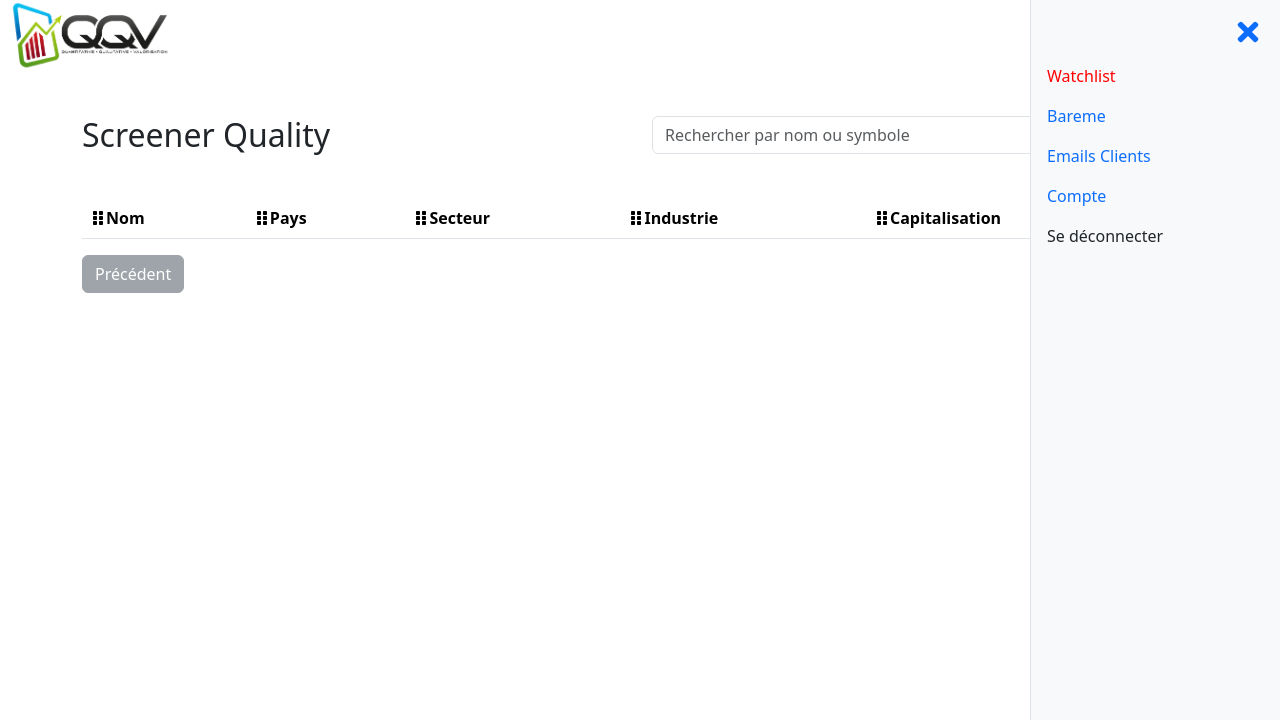
Repository: adamaadev/comeup
Page: /watchlist (app in admin/), after clicking the first element matching `button.btn`
These files come from the project's save history. The page is drawn as it stood at one moment and after the next save; the edit follows.
The browser window is 1280 px wide. The pictures show the whole page.
The page's requests for data from a server got no answer. The project was rebuilt for these pictures with package versions that can differ from the ones it lists, and the page was loaded fresh each time. No one was signed in, and anything a server would have sent is missing. Also part of the build but not shown: admin/src/pages/Auth/Login.js, admin/src/pages/Home/Prix.js, admin/src/pages/Home/Douve.js, admin/src/pages/Home/Scenario.js, admin/src/pages/Services/Questions.js, admin/src/pages/Home/Analyse.js, admin/src/pages/Home/Foire.js, admin/src/pages/Home/Quali.js and 9 more.

Above is the page before, as saved 2024-09-09 17:00:39.

### admin/public/index.html
<!DOCTYPE html>
<html lang="en">
  <head>
    <meta charset="utf-8" />
    <link rel="icon" href="%PUBLIC_URL%/favicon.ico" />
    <meta name="viewport" content="width=device-width, initial-scale=1" />
    <meta name="theme-color" content="#000000" />
    <meta
      name="description"
      content="Web site created using create-react-app"
    />
    <link rel="apple-touch-icon" href="%PUBLIC_URL%/logo192.png" />
    <link href='https://cdn.jsdelivr.net/npm/boxicons@2.0.9/css/boxicons.min.css' rel='stylesheet'>

    <!--
      manifest.json provides metadata used when your web app is installed on a
      user's mobile device or desktop. See https://developers.google.com/web/fundamentals/web-app-manifest/
    -->
    <link rel="manifest" href="%PUBLIC_URL%/manifest.json" />
    <!--
      Notice the use of %PUBLIC_URL% in the tags above.
      It will be replaced with the URL of the `public` folder during the build.
      Only files inside the `public` folder can be referenced from the HTML.

      Unlike "/favicon.ico" or "favicon.ico", "%PUBLIC_URL%/favicon.ico" will
      work correctly both with client-side routing and a non-root public URL.
      Learn how to configure a non-root public URL by running `npm run build`.
    -->
    <title>React App</title>
  </head>
  <body>
    <noscript>You need to enable JavaScript to run this app.</noscript>
    <div id="root"></div>
    <!--
      This HTML file is a template.
      If you open it directly in the browser, you will see an empty page.

      You can add webfonts, meta tags, or analytics to this file.
      The build step will place the bundled scripts into the <body> tag.

      To begin the development, run `npm start` or `yarn start`.
      To create a production bundle, use `npm run build` or `yarn build`.
    -->
  </body>
</html>

### admin/src/index.js
import React from 'react';
import App from './App';
import './pages/style/index.css';
import ReactDOM from 'react-dom/client';
import 'bootstrap/dist/css/bootstrap.min.css';

const root = ReactDOM.createRoot(document.getElementById('root'));
root.render(
    <App />
);

### admin/src/App.js
import React, { useEffect, useState } from 'react'
import axios from 'axios';
import Home from './pages/Home/Home';
import Login from './pages/Auth/Login';
import WatchList from './pages/Home/Watchlist';
import Details from './pages/Home/Details';
import Setting from './pages/Home/Setting';
import Forget from './pages/Auth/Forget';
import Screener from './pages/Home/Screener';
import ResetPassword from './pages/Auth/ResetPassword';
import Signup from './pages/Auth/Signup';
import Gestion from './pages/Home/Gestion';
import { BrowserRouter , Routes , Route , Navigate} from 'react-router-dom';
import Bareme from './pages/Home/Bareme';

export default function App() {
  const [auth, setauth] = useState(false);
  const type = "admin";

  axios.defaults.withCredentials = true;
  useEffect(() => {
    axios.post('http://localhost:4000/',{ type }).then(res => {
      if (res.data.success) {
        setauth(true);
      }
    });
  }, []);

  return (
    <BrowserRouter>
      <Routes>
        <Route path='/' element = { <Home/> }>
          <Route path='/' element = {<Screener/> }/>
          <Route path='/watchlist' element = {<WatchList/>}/>
          <Route path='/gestion' element = {<Gestion/>}/>
          <Route path='/details/:symbol' element = {<Details/>}/>
          <Route path='/compte' element = {<Setting/>}/>
          <Route path='/bareme' element={<Bareme/>}/>
        </Route>
        <Route path='/forget' element = {auth ? <Navigate to="/" /> : <Forget/>}/>
        <Route path='/reset-password/:token' element = {auth ? <Navigate to="/" /> : <ResetPassword/>}/>
        <Route path='/login' element = {auth ? <Navigate to="/" /> :<Login />}/>
        <Route path='*' element = { auth ? <Navigate to="/" /> : <Login />}/>
        <Route path='/signup' element = { auth ? <Navigate to="/" /> : <Signup />}/>
      </Routes>
    </BrowserRouter>
  )
}

### admin/src/pages/style/index.css
.active{
    color: red;
}

  .table th {
    height: 60px; /* Hauteur fixe pour les th */
  }

  @media (max-width: 768px) {
    .table-responsive {
      overflow-x: auto;
    }

    .table th, .table td {
      font-size: 14px;
      height: auto;
    }

    .company-logo {
      width: 40px;
      height: 40px;
    }
  }
  .text-center {
    text-align: center;
  }

  .symbol{
    font-weight: bold;
  }

.kilo{
    display: inline-block;
  }

  .sidebar {
    transform: translateX(100%);
    transition: transform 0.3s ease-in-out;
  }

  .sidebar.open {
    transform: translateX(0);
  }

  .header-shadow {
    box-shadow: 0 2px 4px rgba(0,0,0,.1);
  }

  header{
    width: 100% !important;
  }

  .company-logo {
    width: 50px;
    height: 50px;
  }

  .nav-link {
    color: #6c757d; /* Couleur des onglets inactifs */
    font-weight: bold;
  }

  .nav-link.active {
    color: #007bff; /* Couleur de l'onglet actif */
    border-bottom: 3px solid #007bff; /* Soulignement bleu pour l'onglet actif */
  }

  .nav-link:hover {
    color: #0056b3; /* Changement de couleur au survol */
  }

  button.btn {
    display: flex;
    align-items: center;
    gap: 5px;
  }
  .container {
    .company-name {
      font-size: 1.5rem;
      font-weight: bold;
    }
    .stock-price {
      font-size: 1.2rem;
      color: #666;
    }
    .nav-tabs {
      border-bottom: 2px solid #dee2e6;
      .nav-link {
        color: #000;
        &.active {
          font-weight: bold;
          color: #007bff;
          border-bottom: 3px solid #007bff;
        }
      }
    }
    .chart-section {
      width: 70%;
      padding-right: 20px;
    }
    .info-section {
      width: 30%;
      background-color: #f8f9fa;
      padding: 20px;
      height: max-content;
      border-radius: 5px;
    }
  }

  .chart-container {
    position: relative;
    display: flex;
    flex-direction: column;
    align-items: center;
  }

  .chart-wrapper {
    position: relative;
    width: 100%;
    height: 400px;
  }

  .logo-overlay {
    position: absolute;
    top: 50%;
    left: 50%;
    width: 150px;
    height: 150px;
    transform: translate(-50%, -50%);
    pointer-events: none;
  }

  .grid-container {
    display: flex;
    flex-wrap: wrap;
    gap: 20px; /* Espacement entre les colonnes */
  }

  .grid-container ul {
    list-style-type: none;
    padding: 0;
    margin: 0;
    width: 45%; /* Chaque liste prendra environ la moitié de la largeur */
  }

  .grid-container h2 {
    width: 100%; /* Les titres prendront toute la largeur */
  }

  li {
    margin-bottom: 10px; /* Espacement entre les éléments */
  }

### admin/src/pages/Home/Home.js
import { useState, useEffect } from 'react';
import axios from 'axios';
import logo from '../Assets/logo.jpg';
import { NavLink, Outlet, useNavigate } from 'react-router-dom';
import { FaChevronDown, FaChevronUp, FaBars, FaTimes } from 'react-icons/fa';

export default function Home() {
  const type = "admin";
  const navigate = useNavigate();
  const [name, setName] = useState('');
  const [isMenuOpen, setIsMenuOpen] = useState(false);
  const [isSidebarOpen, setIsSidebarOpen] = useState(false);
  const [hasScrolled, setHasScrolled] = useState(false);

  useEffect(() => {
    axios.post('http://localhost:4000/', { type })
      .then(res => {
        setName(res.data.username);
        if (!res.data.success) {
          navigate('/login');
        }
      });
  }, [navigate]);

  useEffect(() => {
    const handleScroll = () => {
      if (window.scrollY > 0) {
        setHasScrolled(true);
      } else {
        setHasScrolled(false);
      }
    };

    window.addEventListener('scroll', handleScroll);
    return () => {
      window.removeEventListener('scroll', handleScroll);
    };
  }, []);

  const handleLogout = () => {
    axios.post('http://localhost:4000/logout', { type })
      .then(res => {
        if (res.data.success) {
          window.location.reload(true);
        }
      });
  };

  return (
    <div className="d-flex">
      <div className="flex-grow-1 p-3">
        <header className={`d-flex justify-content-between align-items-center py-3 ${hasScrolled ? 'header-shadow' : ''}`} style={{ position: 'fixed', top: 0, left: 0, width: '100%', height: "10%", backgroundColor: '#fff', zIndex: 1000 }}>
          <NavLink to="/" style={{ textDecoration: 'none' }}>
            <img src={logo} style={{ maxWidth: '180px', maxHeight: '180px', display: 'block', margin: '0 auto' }} alt="Logo" />
          </NavLink>
          <button onClick={() => setIsSidebarOpen(!isSidebarOpen)} className="btn btn-link p-0 d-flex align-items-center">
            <FaBars color='#2a2a2a' size={30} />
          </button>
        </header>
        <div style={{ marginTop: '100px' }}>
          <Outlet />
        </div>
      </div>
      {isSidebarOpen && (
        <aside className={`bg-light border-start p-3 position-fixed top-0 end-0 vh-100 sidebar ${isSidebarOpen ? 'open' : ''}`} style={{ minWidth: '250px', zIndex: '1000' }}>
          <button onClick={() => setIsSidebarOpen(false)} className="btn btn-link p-0 position-absolute top-0 end-0 m-3">
            <FaTimes size={30} />
          </button>
          <nav className="d-flex flex-column mt-5">
            <NavLink to={'/watchlist'} style={{ textDecoration: 'none' }} className="mb-3">Watchlist</NavLink>
            <NavLink to={'/bareme'} style={{ textDecoration: 'none' }} className="mb-3">Bareme</NavLink>
            <NavLink to={'/gestion'} style={{ textDecoration: 'none' }} className="mb-3">Emails Clients</NavLink>
            <NavLink to={'/compte'} style={{ textDecoration: 'none' }} className="mb-3">Compte</NavLink>
            <button onClick={handleLogout} className="dropdown-item btn btn-link" style={{ textDecoraton: 'none' }}>Se déconnecter</button>
          </nav>
        </aside>
      )}
    </div>
  );
}

Loaded but not shown: admin/src/pages/Home/Watchlist.js (395 lines, source omitted)

After the next save:
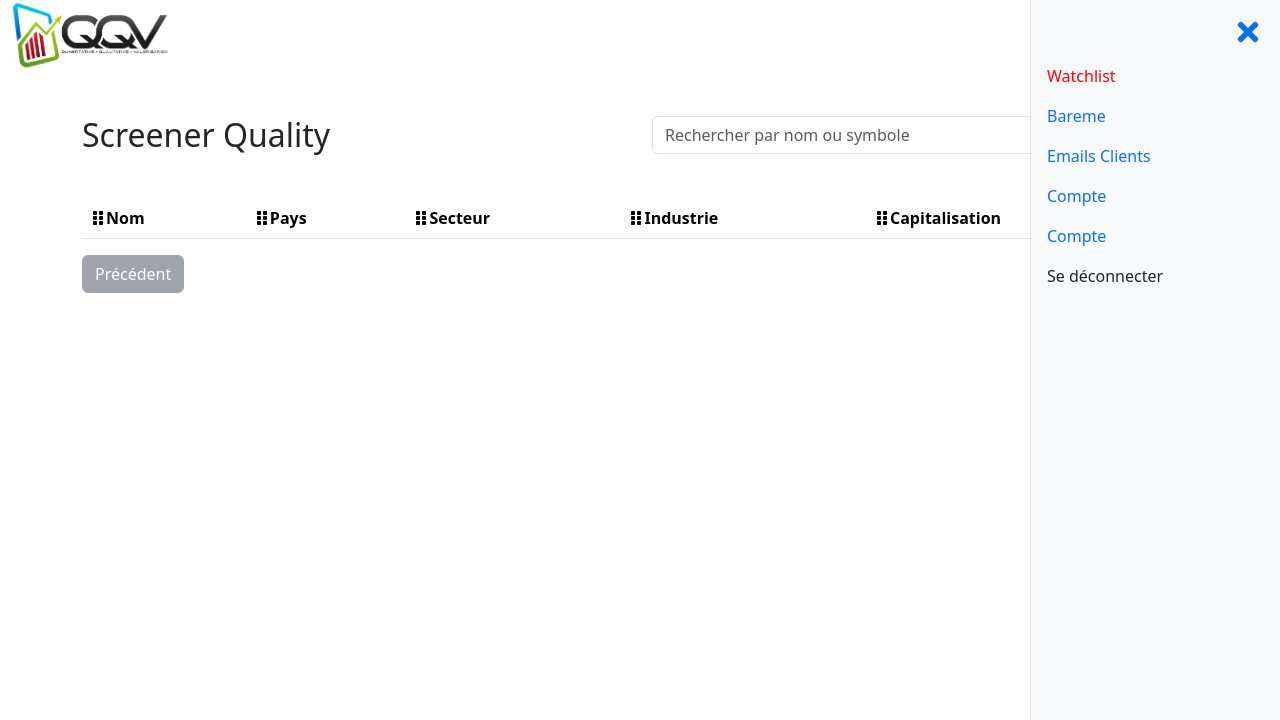
Saved 17 s later.
--- a/admin/src/pages/Home/Home.js
+++ b/admin/src/pages/Home/Home.js
@@ -71,6 +71,7 @@ export default function Home() {
             <NavLink to={'/bareme'} style={{ textDecoration: 'none' }} className="mb-3">Bareme</NavLink>
             <NavLink to={'/gestion'} style={{ textDecoration: 'none' }} className="mb-3">Emails Clients</NavLink>
             <NavLink to={'/compte'} style={{ textDecoration: 'none' }} className="mb-3">Compte</NavLink>
+            <NavLink to={'/compte'} style={{ textDecoration: 'none' }} className="mb-3">Compte</NavLink>
             <button onClick={handleLogout} className="dropdown-item btn btn-link" style={{ textDecoraton: 'none' }}>Se déconnecter</button>
           </nav>
         </aside>
